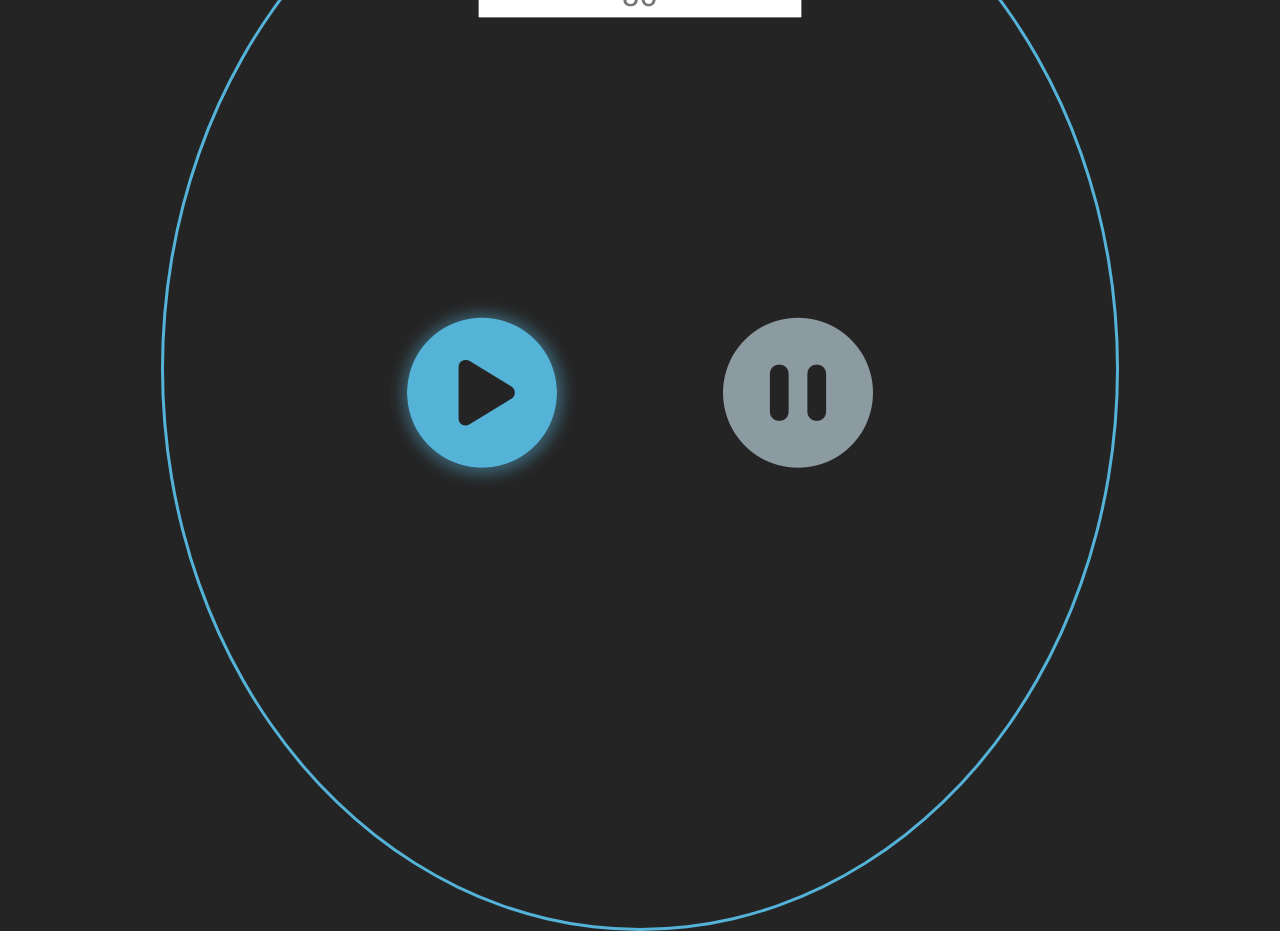
Repository: Sbethm/javascript-challenges
Page: index.html
The author's editor kept a copy of each file at every save. The page is drawn from the files as they stood at one save, then again after a run of saves.
The browser window is 1280 px wide. The pictures show the whole page.
Some web libraries are served in a nearby version. The style sheet was rebuilt from its Sass, Less or Tailwind sources for each picture, by a compiler version that may differ from the author's.

Above is the page before, as saved 2021-09-17 10:02:16.

After the next 2 saves:
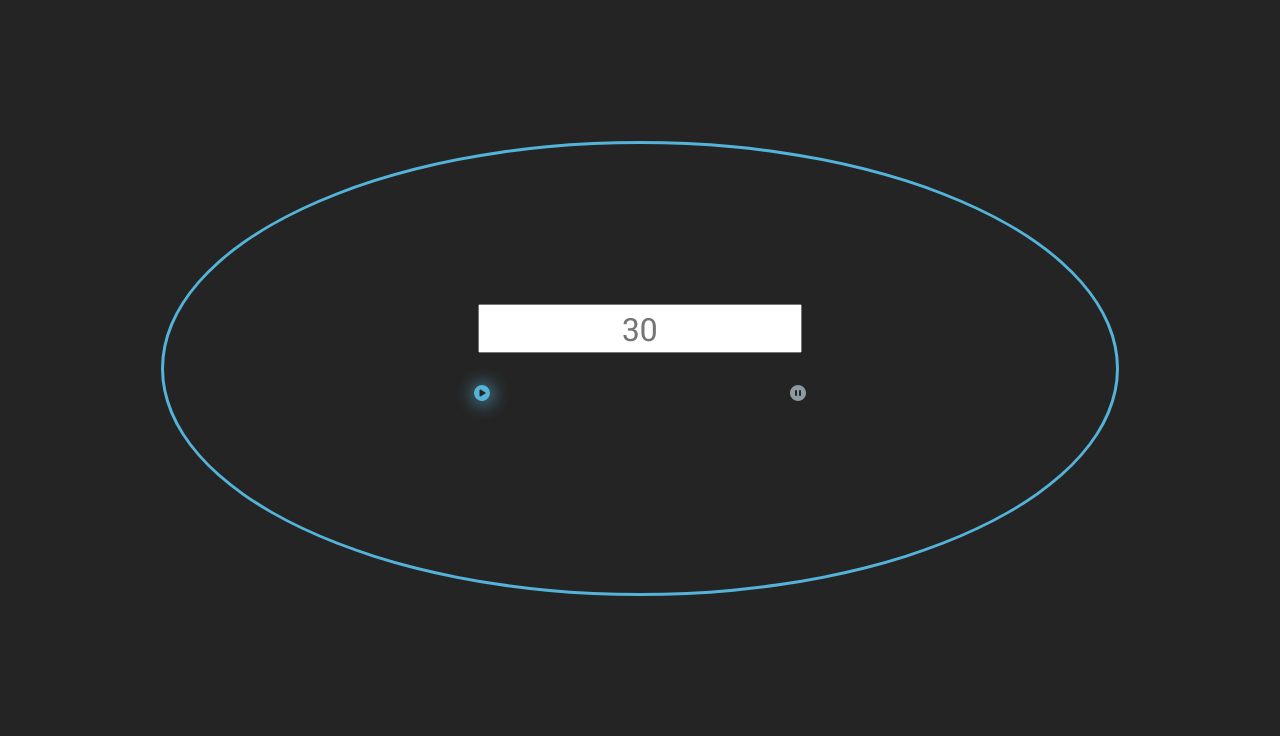
The 2 saves are shown as one change because 1 did not build or start.
The last was saved 3 min 45 s later.
--- a/SCSS/main.scss
+++ b/SCSS/main.scss
@@ -36,7 +36,7 @@ input {
 
 i {
     margin: 2em auto;
-    font-size: Max(50px, 150px);
+    font-size: max(min(0.5vw, 0.5em), 1rem);
     border-radius: 50%;
 }
 
